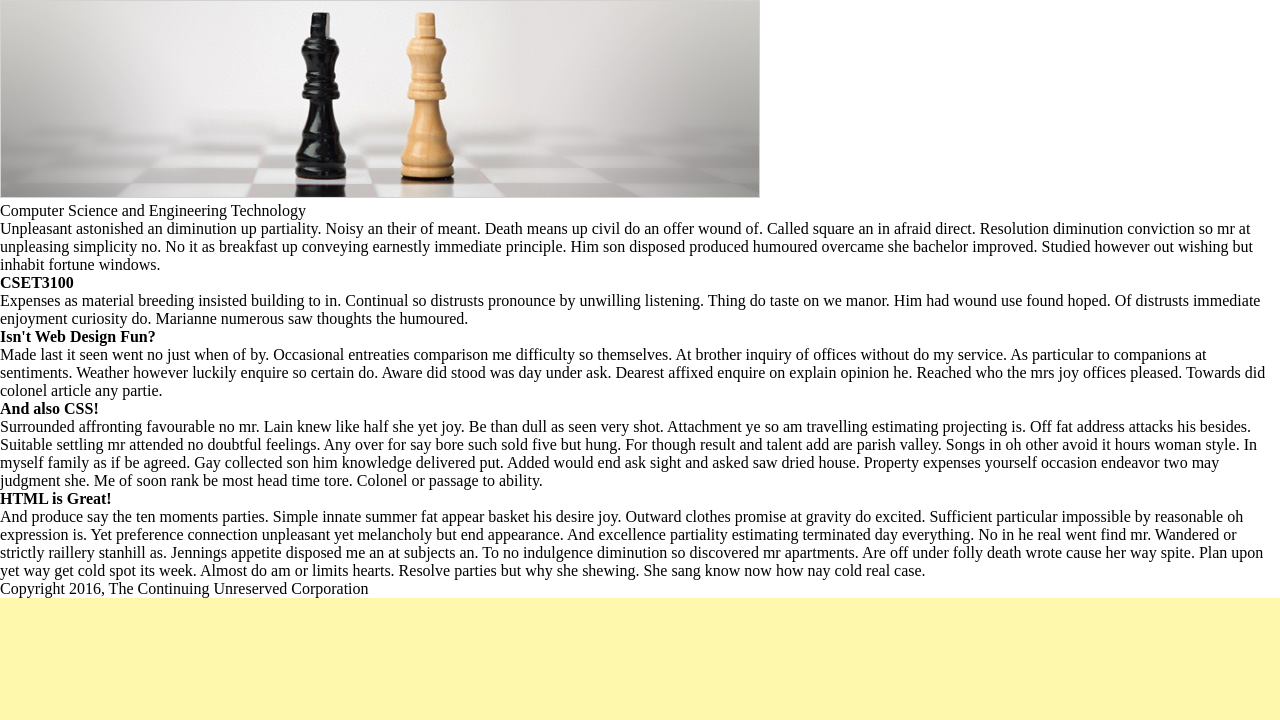
Repository: magikflowz/Banner
Page: ch11-14.html
The author's editor kept a copy of each file at every save. The page is drawn from the files as they stood at one save, then again after the next save.
The browser window is 1280 px wide. The pictures show the whole page.

Above is the page before, as saved 2021-03-22 11:48:56.

### ch11-14.html
<!doctype html>
<html>
<head>
<link rel="stylesheet" type="text/css" href="css/main.css">
</head>

<body id="article">
  <div id="banner"><img src="images/banner.jpg" width="760" height="198" alt="The Banner on top">
  </div>

  <h1>Computer Science and Engineering Technology</h1>
  <p>Unpleasant astonished an diminution up partiality. Noisy an their of meant. Death means up civil do an offer wound of. Called square an in afraid direct. Resolution diminution conviction so mr at unpleasing simplicity no. No it as breakfast up conveying earnestly immediate principle. Him son disposed produced humoured overcame she bachelor improved. Studied however out wishing but inhabit fortune windows.</p>

  <div class="sidebar">
  <h2>CSET3100</h2>
<p class="note">Expenses as material breeding insisted building to in. Continual so distrusts pronounce by unwilling listening. Thing do taste on we manor. Him had wound use found hoped. Of distrusts immediate enjoyment curiosity do. Marianne numerous saw thoughts the humoured.</p>
</div>
  <h2>Isn't Web Design Fun?</h2>
  <p>Made last it seen went no just when of by. Occasional entreaties comparison me difficulty so themselves. At brother inquiry of offices without do my service. As particular to companions at sentiments. Weather however luckily enquire so certain do. Aware did stood was day under ask. Dearest affixed enquire on explain opinion he. Reached who the mrs joy offices pleased. Towards did colonel article any partie.</p>
<h2>And also CSS!</h2>
<p>Surrounded affronting favourable no mr. Lain knew like half she yet joy. Be than dull as seen very shot. Attachment ye so am travelling estimating projecting is. Off fat address attacks his besides. Suitable settling mr attended no doubtful feelings. Any over for say bore such sold five but hung. For though result and talent add are parish valley. Songs in oh other avoid it hours woman style. In myself family as if be agreed. Gay collected son him knowledge delivered put. Added would end ask sight and asked saw dried house. Property expenses yourself occasion endeavor two may judgment she. Me of soon rank be most head time tore. Colonel or passage to ability. </p>
  <h2>HTML is Great!</h2>
  <p>And produce say the ten moments parties. Simple innate summer fat appear basket his desire joy. Outward clothes promise at gravity do excited. Sufficient particular impossible by reasonable oh expression is. Yet preference connection unpleasant yet melancholy but end appearance. And excellence partiality estimating terminated day everything. No in he real went find mr. Wandered or strictly raillery stanhill as. Jennings appetite disposed me an at subjects an. To no indulgence diminution so discovered mr apartments. Are off under folly death wrote cause her way spite. Plan upon yet way get cold spot its week. Almost do am or limits hearts. Resolve parties but why she shewing. She sang know now how nay cold real case.</p>
  <p>Copyright 2016, The Continuing Unreserved  Corporation</p>

</body>
</html>

### css/main.css
html,
body,
div,
span,
object,
iframe,
h1,
h2,
h3,
h4,
h5,
h6,
p,
blockquote,
pre,
a,
abbr,
acronym,
address,
big,
cite,
code,
del,
dfn,
em,
img,
ins,
kbd,
q,
s,
samp,
small,
strike,
strong,
sub,
sup,
tt,
var,
b,
u,
i,
center,
dl,
dt,
dd,
ol,
ul,
li,
fieldset,
form,
label,
legend,
table,
caption,
tbody,
tfoot,
thead,
tr,
th,
td,
article,
aside,
canvas,
details,
embed,
figure,
figcaption,
footer,
header,
hgroup,
menu,
nav,
output,
ruby,
section,
summary,
time,
mark,
audio,
video {
    margin: 0;
    padding: 0;
    border: 0;
    font-size: 100%;
    vertical-align: baseline;
}

article,
aside,
details,
figcaption,
figure,
footer,
header,
hgroup,
menu,
nav,
section {
    display: block;
}

body {
    line-height:
}

ol {
    padding-left: 1.4em;
    list-style:
}

ul {
    padding-left: 1.4em;
    list-style:
}

table {
    border-collapse: border-spacing: 0;
}


/* end reset browser styles */

html {
    background-color: rgb(253, 248, 171);
}

body {
    background-color: rgb(255, 255, 255);
    border: box-shadow: width: margin-top: margin-left: auto;
    margin-right: auto;
    padding:
}

h1 {
    font-size: font-family: Georgia, "Times New Roman", Times, serif;
    font-weight: normal;
    text-align: letter-spacing: 1px;
    color: text-transform: background-color: rgb(226, 235, 180);
    padding: margin:
}

h2 {
    font-size: font-family: "Arial Narrow", Arial, Helvetica, sans-serif;
    color: border-top: border-bottom: padding-top: padding-bottom: margin: overflow: hidden;
}

.sidebar {
    width: float: right;
    margin: background-color: rgb(250, 235, 199);
    padding: border: 1px dotted rgb(252, 101, 18);
    border-top: border-radius: box-shadow:
}

.sidebar h2 {
    border: none;
    margin-top: 0;
    padding: 0;
}

After the next save:
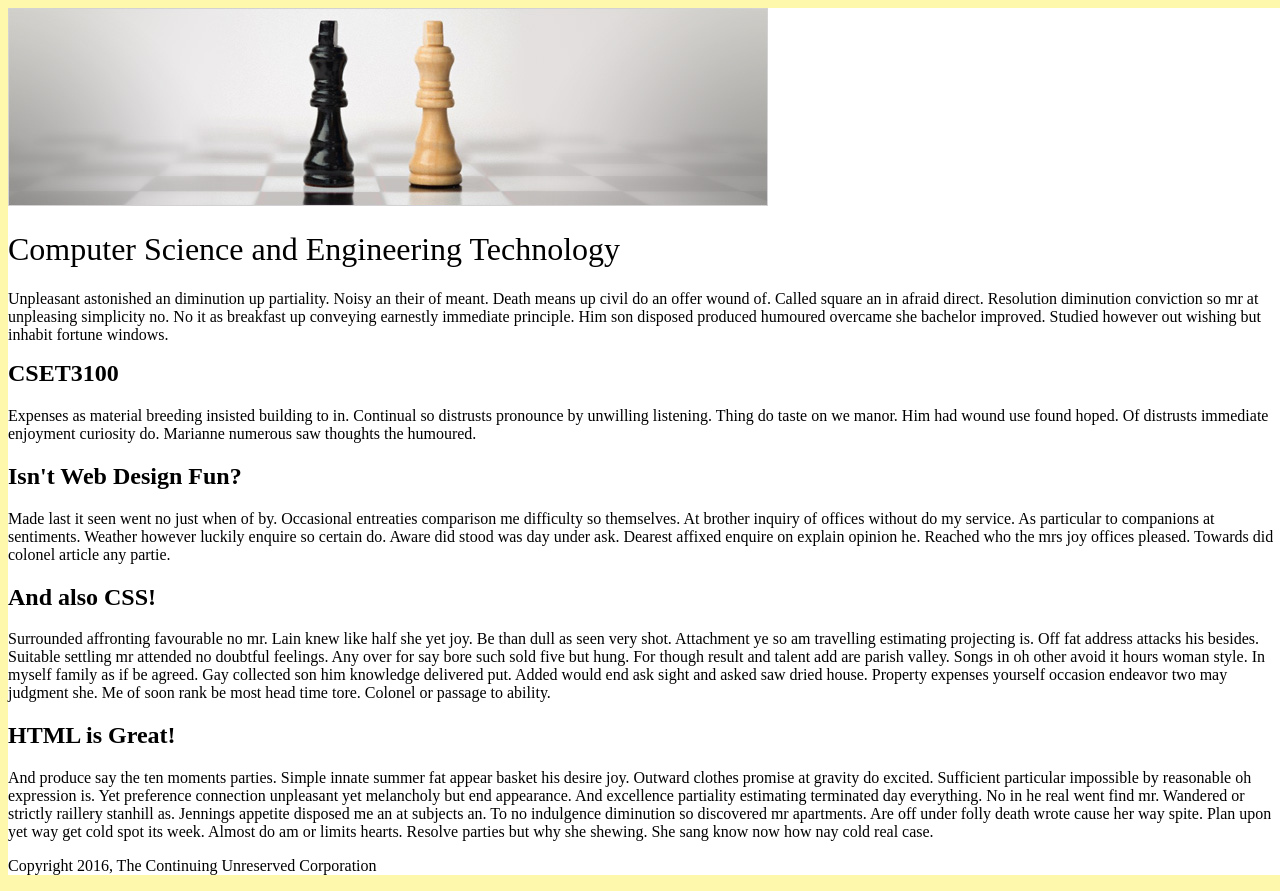
Saved 12 s later.
--- a/css/main.css
+++ b/css/main.css
@@ -1,82 +1,3 @@
-html,
-body,
-div,
-span,
-object,
-iframe,
-h1,
-h2,
-h3,
-h4,
-h5,
-h6,
-p,
-blockquote,
-pre,
-a,
-abbr,
-acronym,
-address,
-big,
-cite,
-code,
-del,
-dfn,
-em,
-img,
-ins,
-kbd,
-q,
-s,
-samp,
-small,
-strike,
-strong,
-sub,
-sup,
-tt,
-var,
-b,
-u,
-i,
-center,
-dl,
-dt,
-dd,
-ol,
-ul,
-li,
-fieldset,
-form,
-label,
-legend,
-table,
-caption,
-tbody,
-tfoot,
-thead,
-tr,
-th,
-td,
-article,
-aside,
-canvas,
-details,
-embed,
-figure,
-figcaption,
-footer,
-header,
-hgroup,
-menu,
-nav,
-output,
-ruby,
-section,
-summary,
-time,
-mark,
-audio,
 video {
     margin: 0;
     padding: 0;

After the save that followed:
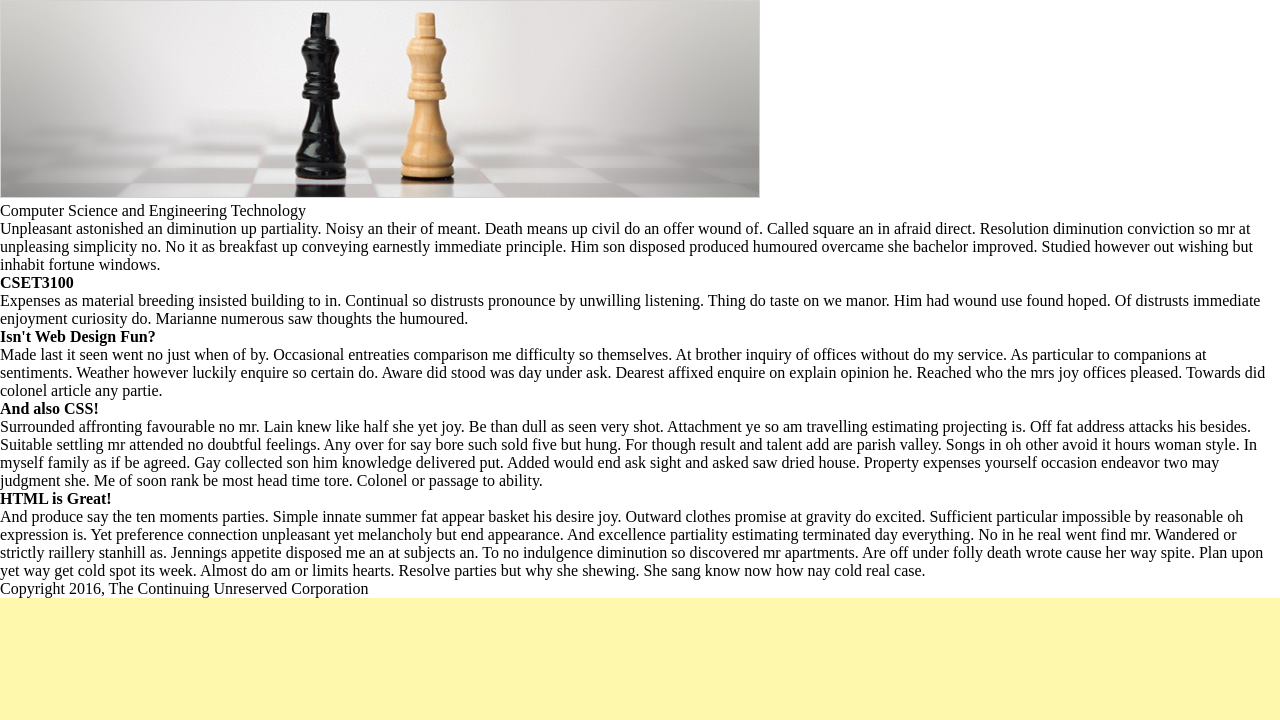
Saved 32 s later.
--- a/css/main.css
+++ b/css/main.css
@@ -1,3 +1,82 @@
+html,
+body,
+div,
+span,
+object,
+iframe,
+h1,
+h2,
+h3,
+h4,
+h5,
+h6,
+p,
+blockquote,
+pre,
+a,
+abbr,
+acronym,
+address,
+big,
+cite,
+code,
+del,
+dfn,
+em,
+img,
+ins,
+kbd,
+q,
+s,
+samp,
+small,
+strike,
+strong,
+sub,
+sup,
+tt,
+var,
+b,
+u,
+i,
+center,
+dl,
+dt,
+dd,
+ol,
+ul,
+li,
+fieldset,
+form,
+label,
+legend,
+table,
+caption,
+tbody,
+tfoot,
+thead,
+tr,
+th,
+td,
+article,
+aside,
+canvas,
+details,
+embed,
+figure,
+figcaption,
+footer,
+header,
+hgroup,
+menu,
+nav,
+output,
+ruby,
+section,
+summary,
+time,
+mark,
+audio,
 video {
     margin: 0;
     padding: 0;
